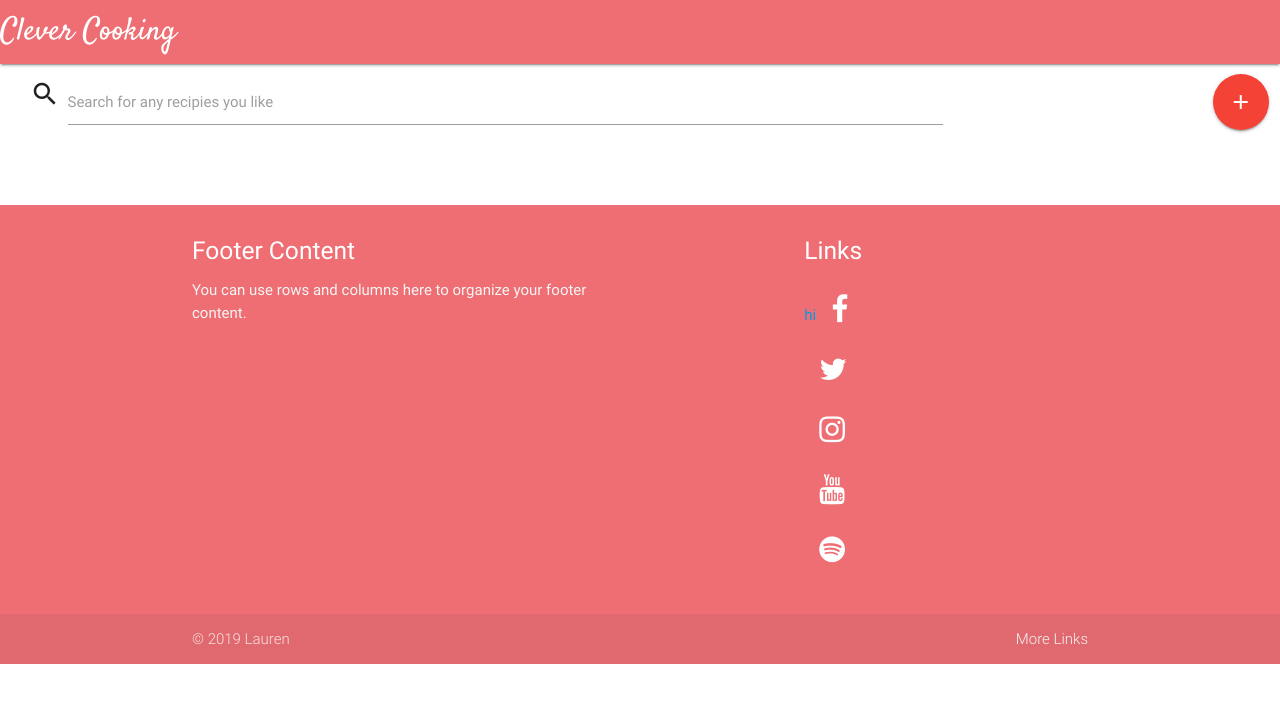
Repository: Code-Institute-Submissions/online-recipe-cookbook
Page: http://localhost/
The author's editor kept a record of every edit. The page is drawn from the files as they stood at one moment, then again after the next edit.
The browser window is 1280 px wide. The pictures show the whole page.
Some web libraries are served in a nearby version. The page is served by the project's application, run on Flask 3 (app.py). Queries for data that is not in the repository find no rows.

Above is the page before.

After the next edit:
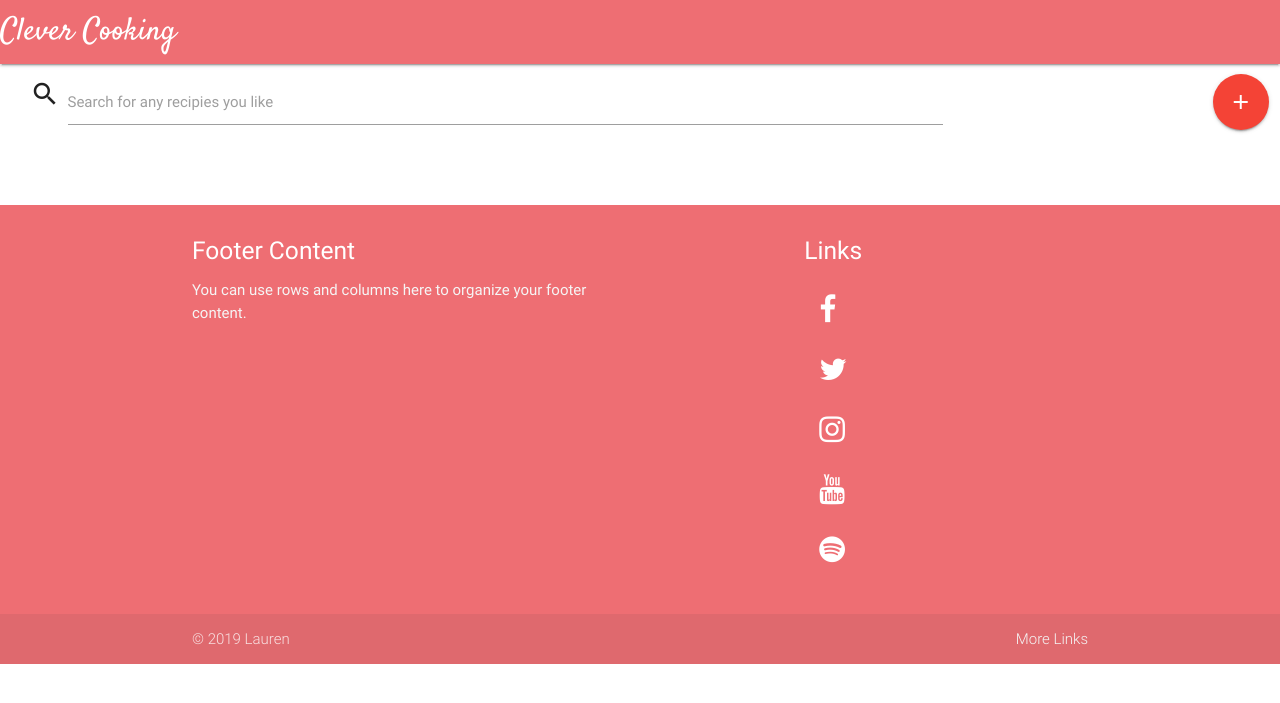
The edit:
--- a/templates/base.html
+++ b/templates/base.html
@@ -58,9 +58,9 @@
               <div class="col l4 offset-l2 s12">
                 <h5 class="white-text">Links</h5>
                 <ul>
-                  <a href= "https://www.facebook.com/pinkfloyd/">hi<i class="fa fa-facebook fa-2x"></i></a>
-          				<li><a href="https://twitter.com/pinkfloyd" ><i class="fa fa-twitter fa-2x"></i></a></li>
-          				<li><a href="https://www.instagram.com/pinkfloyd" ><i class="fa fa-instagram fa-2x"></i></a></li>
+                  <li><a href= "#"><i class="fa fa-facebook fa-2x"></i></a></li>
+          				<li><a href="#" ><i class="fa fa-twitter fa-2x"></i></a></li>
+          				<li><a href="#" ><i class="fa fa-instagram fa-2x"></i></a></li>
           				<li><a href="https://www.youtube.com/channel/UCY2qt3dw2TQJxvBrDiYGHdQ" ><i class="fa fa-youtube fa-2x"></i></a></li>
           				<li><a href="https://open.spotify.com/artist/0k17h0D3J5VfsdmQ1iZtE9"> <i class="fa fa-spotify fa-2x"></i> </a></li>
 
